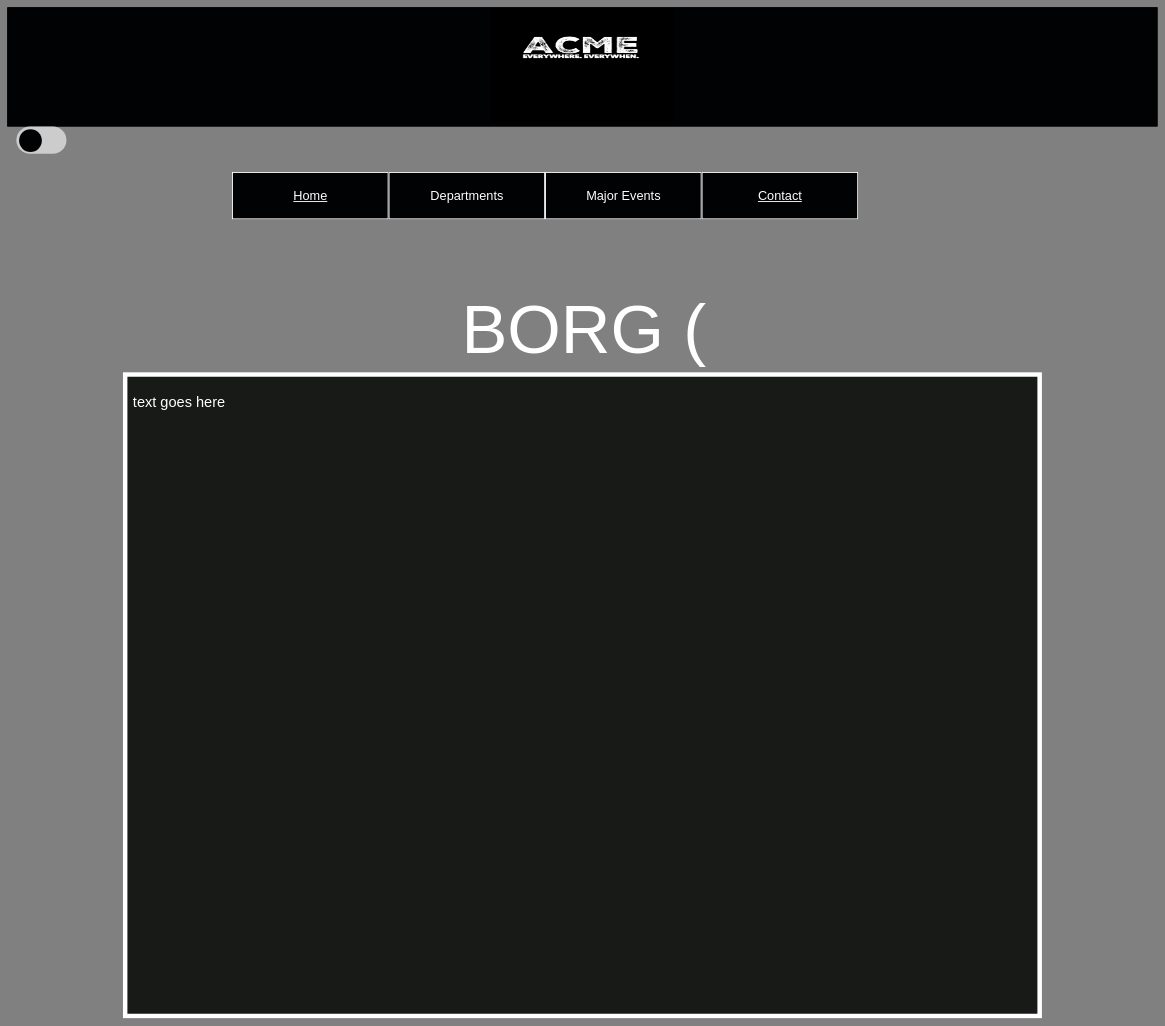
Repository: omega7379/omega7379.github.io
Page: borg.html
An editor plug-in stored every save of this project. The page is shown before and after the next save, followed by the edit.
The browser window is 1280 px wide. The pictures show the whole page, at 91% of full size.

Above is the page before, as saved 2022-07-02 17:17:52.

After the next save:
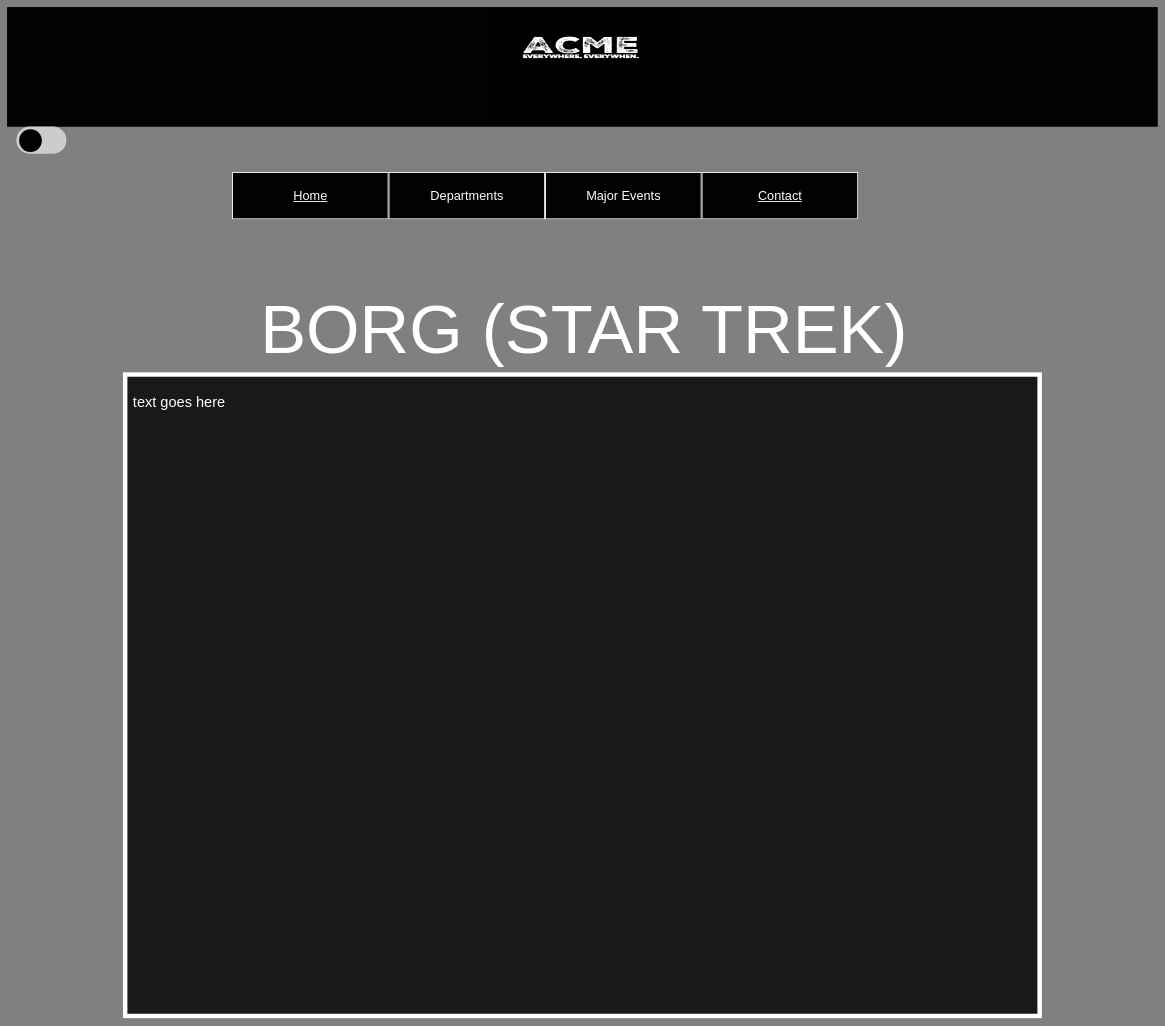
Saved 7 s later.
--- a/borg.html
+++ b/borg.html
@@ -80,7 +80,7 @@
             </div>
         </br></br></br>
             <div class="title">
-                <p>BORG (</p>
+                <p>BORG (STAR TREK)</p>
             </div>
             <!--main table holding the contents of the page-->
             <div class="contentTable">
